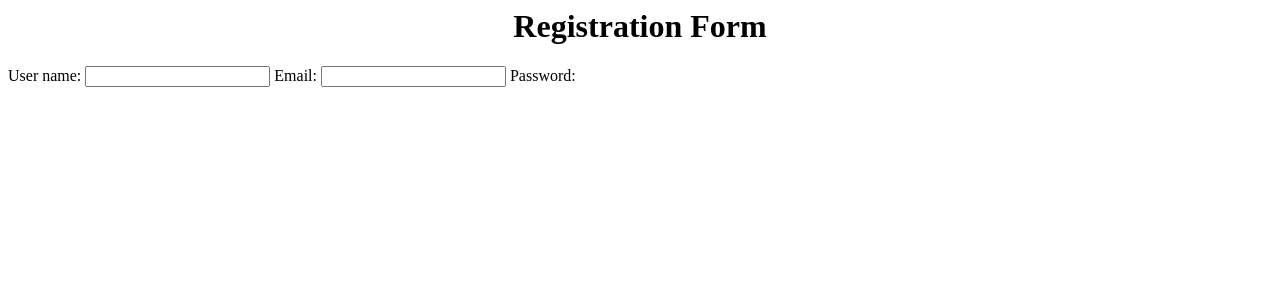
Repository: shiv-30/Spring-Boot-Projects
Page: springsecurity/src/main/resources/static/login.html
The author's editor kept a copy of each file at every save. The page is drawn from the files as they stood at one save, then again after the next save.
The browser window is 1280 px wide. The pictures show the whole page.

Above is the page before, as saved 2022-08-11 06:29:06.

After the next save:
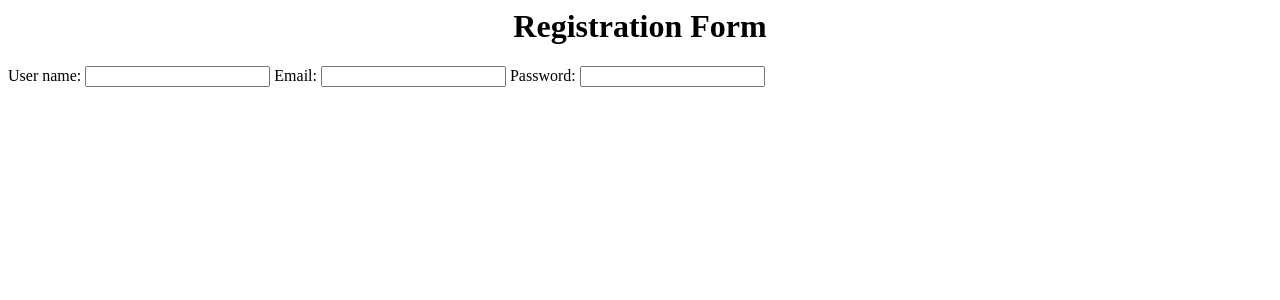
Saved 63 s later.
--- a/springsecurity/src/main/resources/static/login.html
+++ b/springsecurity/src/main/resources/static/login.html
@@ -8,7 +8,7 @@
 		<form method="POST" action="">
 			User name: <input name="username" type="text" required>
 			Email: <input name="email" type="email" required>
-			Password:
+			Password: <input name=""
 		</form>
 	</body>
 </html>
